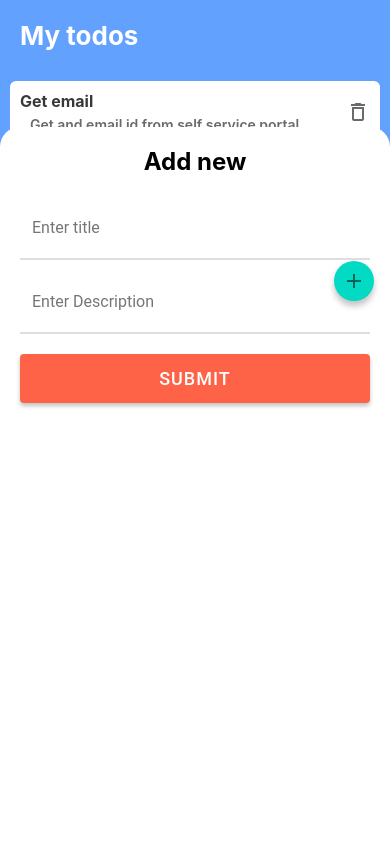
Repository: sadarsh216/Todo-App
Page: /, after clicking the first element matching `button.css-view-175oi2r`
The author's editor kept a copy of each file at every save. The page is drawn from the files as they stood at one save, then again after the next save.
The browser window is 390 px wide. The pictures show the whole page.
The app was drawn by React Native's web renderer in a window 390 px wide. The project was rebuilt for these pictures with package versions that can differ from the ones it lists, and the page was loaded fresh each time.

Above is the page before, as saved 2021-10-09 14:38:00.

After the next save:
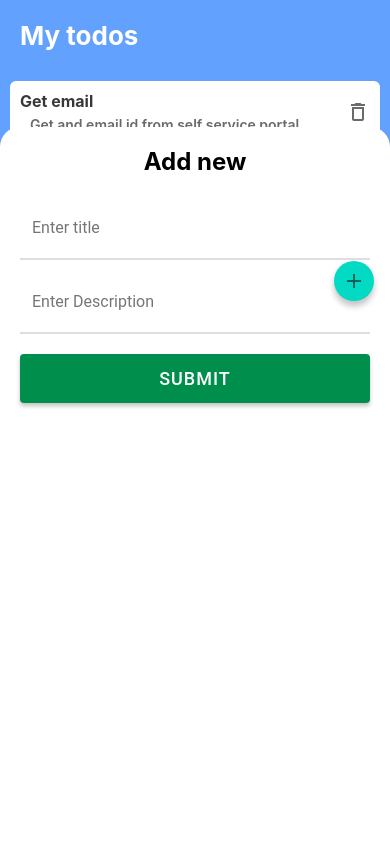
Saved 54 s later.
--- a/components/Modal.tsx
+++ b/components/Modal.tsx
@@ -55,7 +55,7 @@ const styles = StyleSheet.create({
   submitBtn: {
     marginTop: 10,
     paddingVertical: 5,
-    backgroundColor: "tomato",
+    backgroundColor: "#008e4c",
     elevation: 4,
   },
 });
